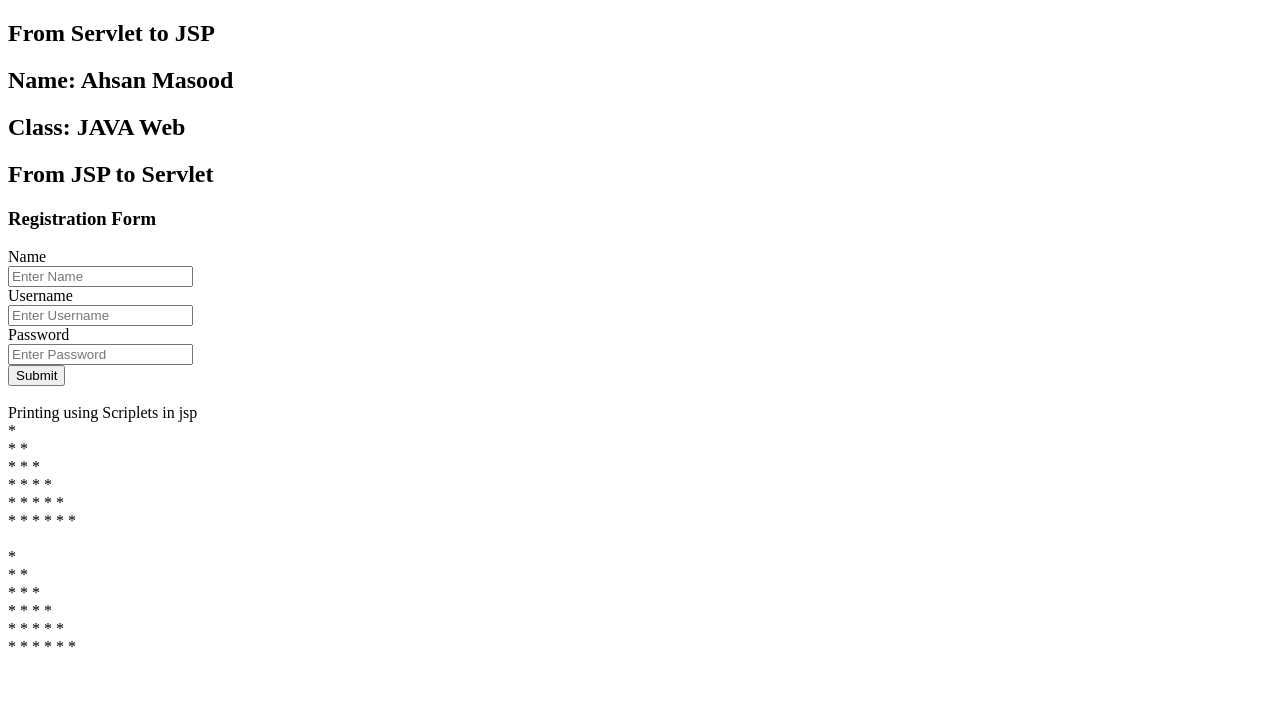
Repository: Ahsan-Masood98/Java-Web-Eng
Page: http://localhost/week2lab/helloworld
An editor plug-in stored every save of this project. The page is shown before and after a run of saves, followed by the edit.
The browser window is 1280 px wide. The pictures show the whole page.
The page is served by Tomcat 9.

Above is the page before, as saved 2022-09-21 13:32:08.

### eclipse-workplace/week2lab/src/main/webapp/index.jsp
<%@ page language="java" contentType="text/html; charset=ISO-8859-1" pageEncoding="ISO-8859-1"%>
<!DOCTYPE html>
<html>
<head>
<meta charset="ISO-8859-1">
<title>Week 2 Lab</title>
</head>
<body>
	<h2>From Servlet to JSP</h2>
	<h2>Name: ${name}</h2>
	<h2>Class: ${course}</h2>
	<h2>From JSP to Servlet</h2>
	<h3>Registration Form</h3>
	<form action="helloworld" method ="post">
	<label>Name</label><br/>
	<input type=text name="name" placeholder="Enter Name"/><br/>
	<label>Username</label><br/>
	<input type=text name="username" placeholder="Enter Username"/><br/>
	<label>Password</label><br/>
	<input type=password name="password" placeholder="Enter Password"/><br/>
	<button type="submit">Submit</button>
	</form>
	<br>
	<% out.print("Printing using Scriplets in jsp"); %>
	<br>
	<%
		int row=6;
		for(int i=0; i< row; i++){
			for(int k=0; k<=i; k++)
				out.println("* ");
			out.print("<br/>");
		}
		out.print("<br/>");
		int i,j;
		for( i=0; i< row; i++){
			for( j=2*(row-i); j>=0; j--)
				out.println(" ");
			for( j=0; j<=i; j++)
				out.println("* ");
			out.print("<br/>");
		}
	%>

</body>
</html>

### eclipse-workplace/week2lab/src/main/java/com/ahsan/helloworld.java
package com.ahsan;

import java.io.IOException;
import java.io.PrintWriter;

import javax.servlet.RequestDispatcher;
import javax.servlet.ServletException;
import javax.servlet.annotation.WebServlet;
import javax.servlet.http.HttpServlet;
import javax.servlet.http.HttpServletRequest;
import javax.servlet.http.HttpServletResponse;

/**
 * Servlet implementation class helloworld
 */
@WebServlet("/helloworld")
public class helloworld extends HttpServlet {
	private static final long serialVersionUID = 1L;

    /**
     * Default constructor.
     */
    public helloworld() {
        // TODO Auto-generated constructor stub
    }

	/**
	 * @see HttpServlet#doGet(HttpServletRequest request, HttpServletResponse response)
	 */
	protected void doGet(HttpServletRequest request, HttpServletResponse response) throws ServletException, IOException {
		// TODO Auto-generated method stub
		response.getWriter().append("Served at: ").append(request.getContextPath());

		String destination ="index.jsp";
		RequestDispatcher requestDispatcher = request.getRequestDispatcher(destination);
		String name = "Ahsan Masood";
		request.setAttribute("name", name);
		String course = "JAVA Web";
		request.setAttribute("course", course);
		requestDispatcher.forward(request, response);
		// or request.getRequestDispatcher("index.js").forward(request, response);
	}

	/**
	 * @see HttpServlet#doPost(HttpServletRequest request, HttpServletResponse response)
	 */
	protected void doPost(HttpServletRequest request, HttpServletResponse response) throws ServletException, IOException {
		// TODO Auto-generated method stub
		doGet(request, response);
		response.setContentType("Text/HTML");
		String name = request.getParameter("name");
		String username = request.getParameter("username");
		String password = request.getParameter("password");
		PrintWriter out = response.getWriter();
		out.println("<h1> Name: " + name + "</h1> <br/> <h1> Username: " + username + "</h1> <br/>");
	}

}

After the next 2 saves:
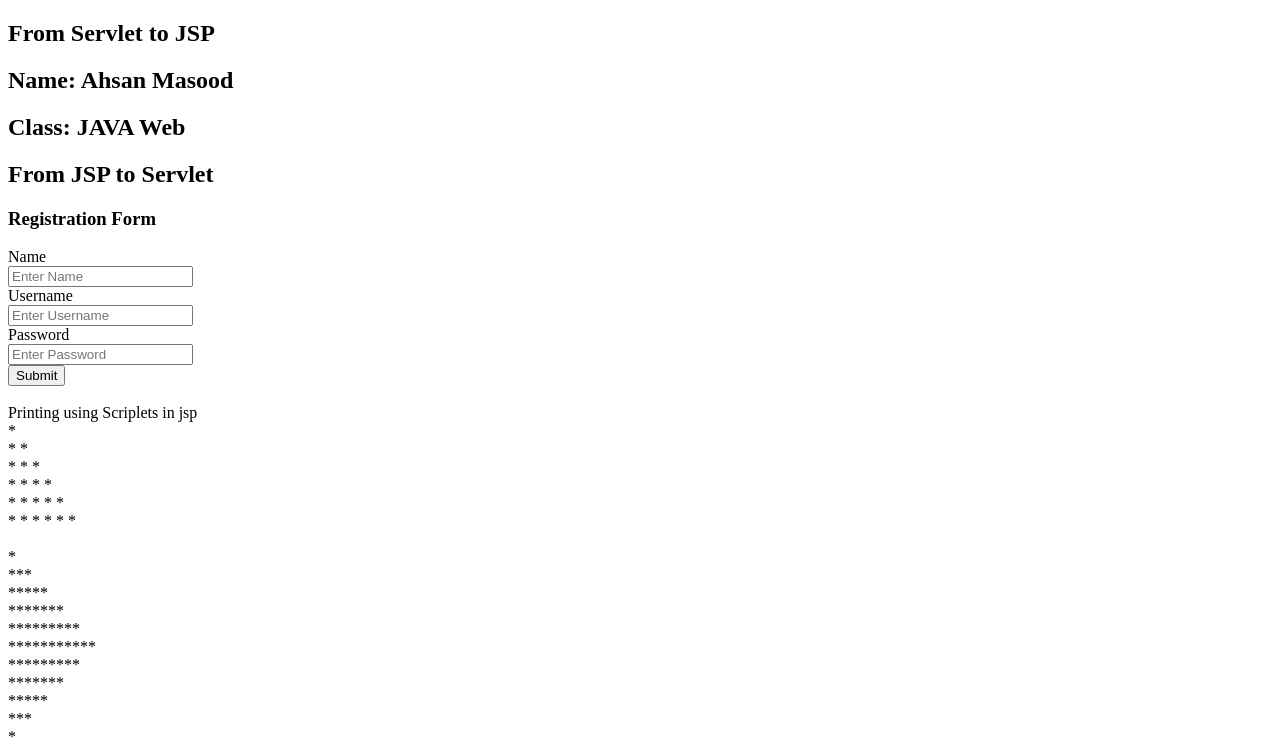
The 2 saves are shown as one change because 1 did not build or start.
The last was saved 2 min 11 s later.
--- a/eclipse-workplace/week2lab/src/main/webapp/index.jsp
+++ b/eclipse-workplace/week2lab/src/main/webapp/index.jsp
@@ -31,14 +31,27 @@
 			out.print("<br/>");
 		}
 		out.print("<br/>");
-		int i,j;
-		for( i=0; i< row; i++){
-			for( j=2*(row-i); j>=0; j--)
-				out.println(" ");
-			for( j=0; j<=i; j++)
-				out.println("* ");
-			out.print("<br/>");
-		}
+	%>
+	<%
+	for (int i = 1; i <= 6; i++) {
+        for (int j = 1; j <= 6 - i; j++) {
+            out.print(" ");
+        }
+        for (int j = 1; j <= i * 2 - 1; j++) {
+            out.print("*");
+        }
+        out.println("<br>");
+    }
+
+    for (int i = 6 - 1; i > 0; i--) {
+        for (int j = 1; j <= j - i; j++) {
+            out.print(" ");
+        }
+        for (int j = 1; j <= i * 2 - 1; j++) {
+        	out.print("*");
+        }
+        out.println("<br>");
+    }
 	%>
 
 </body>
